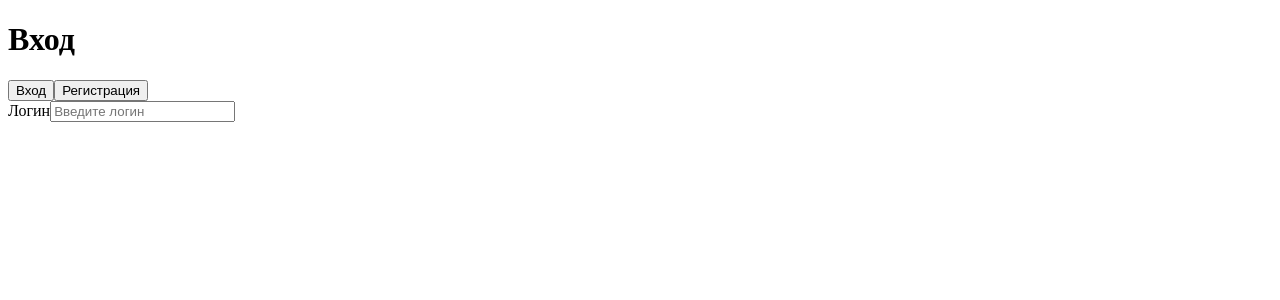
Repository: AlekCawka/ClickAndBuy
Page: /
The author's editor kept a copy of each file at every save. The page is drawn from the files as they stood at one save, then again after the next save.
The browser window is 1280 px wide. The pictures show the whole page.
The project was rebuilt for these pictures with package versions that can differ from the ones it lists, and the page was loaded fresh each time. Also part of the build but not shown: vite.config.js, src/index.css, src/App.css.

Above is the page before, as saved 2025-12-02 22:51:26.

After the next save:
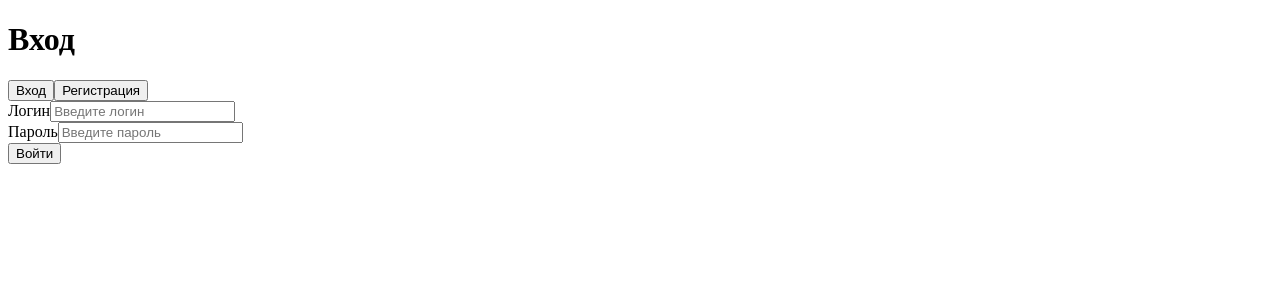
Saved 5 min 17 s later.
--- a/src/components/auth/LoginForm.jsx
+++ b/src/components/auth/LoginForm.jsx
@@ -69,7 +69,29 @@
                     onChange={handleChange}
                     placeholder='Введите логин'
                 />
+                {errors && <span className='field__error'>{errors.login}</span>}
             </div>
+
+            <div className='field'>
+                <label className='field__label' htmlFor='password'>
+                    Пароль
+                </label>
+
+                <input
+                    type='password'
+                    id='password'
+                    name='password'
+                    className={`field_password ${errors.password ? 'field__input--error' : ''}`}
+                    value={form.password}
+                    onChange={handleChange}
+                    placeholder='Введите пароль'
+                />
+                {errors && <span className='fielrd__error'>{errors.password}</span>}
+            </div>
+
+            <button className='btn btn-primary' type='submit'>
+                Войти
+            </button>
         </form>
     )
 }
